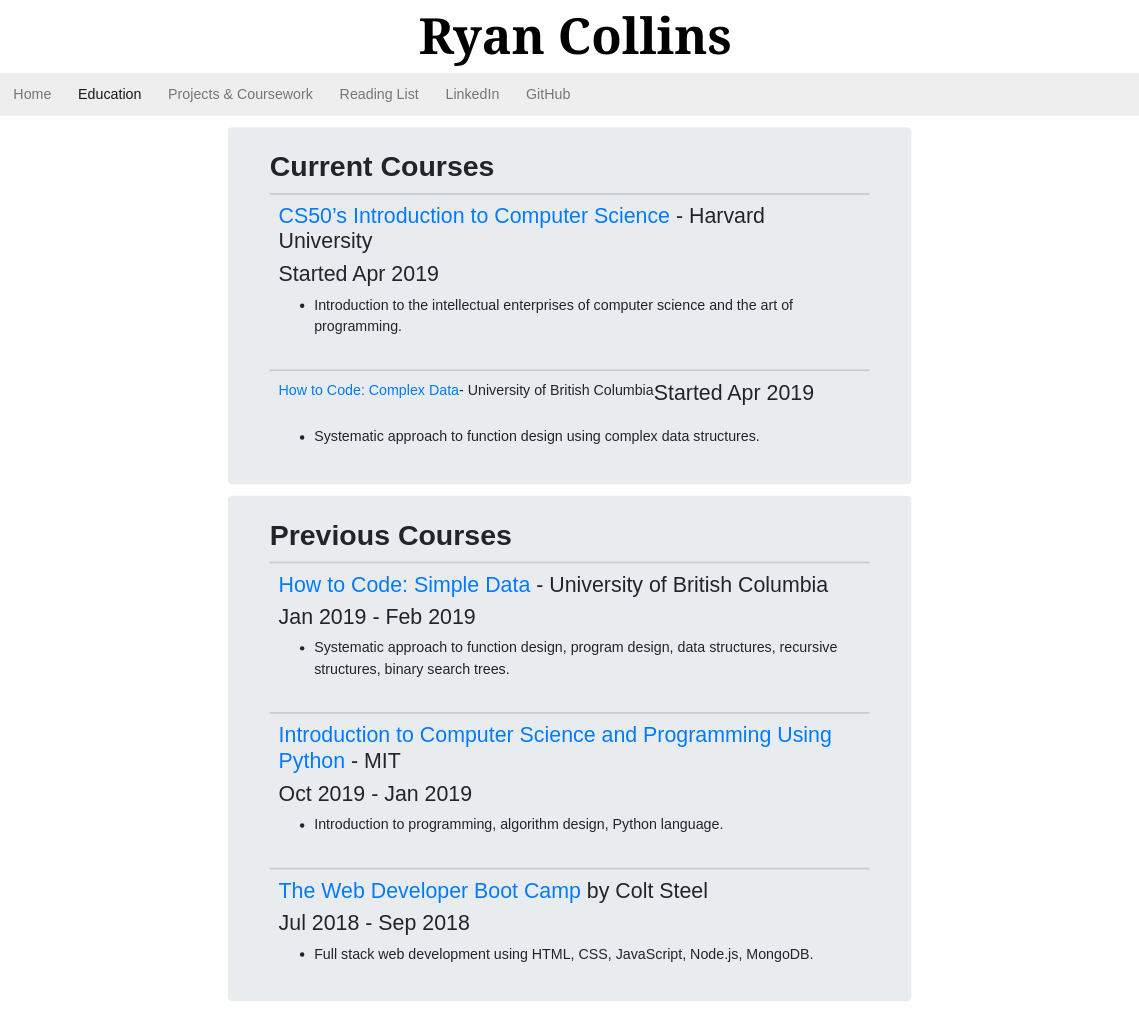
Repository: RyanMCollins/cs50
Page: pset5/homepage/education.html
The author's editor kept a record of every edit. The page is drawn from the files as they stood at one moment, then again after the next edit.
The browser window is 1280 px wide. The pictures show the whole page, at 89% of full size.

Above is the page before.

After the next edit:
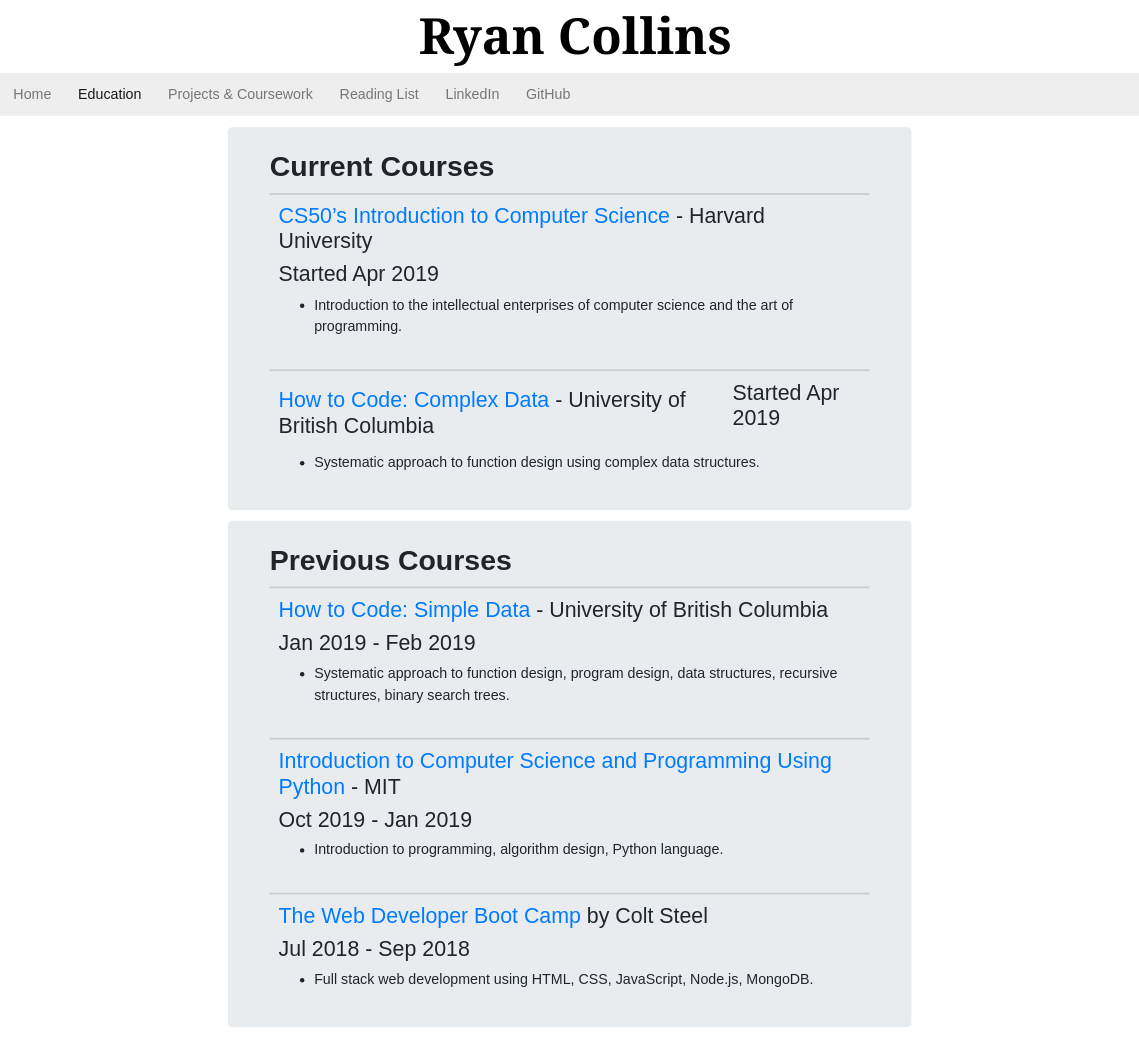
The edit:
--- a/pset5/homepage/education.html
+++ b/pset5/homepage/education.html
@@ -74,8 +74,8 @@
                     </ul>
                 </div>
                 <div class="sub-division">
-                    <div class="sub-division-header"
-                        <h4>
+                    <div class="sub-division-header">
+                        <h4 class="sub-division-title">
                             <a href="https://www.edx.org/course/how-code-complex-data-ubcx-htc2x">How to Code: Complex Data</a>
                             - University of British Columbia
                         </h4>
